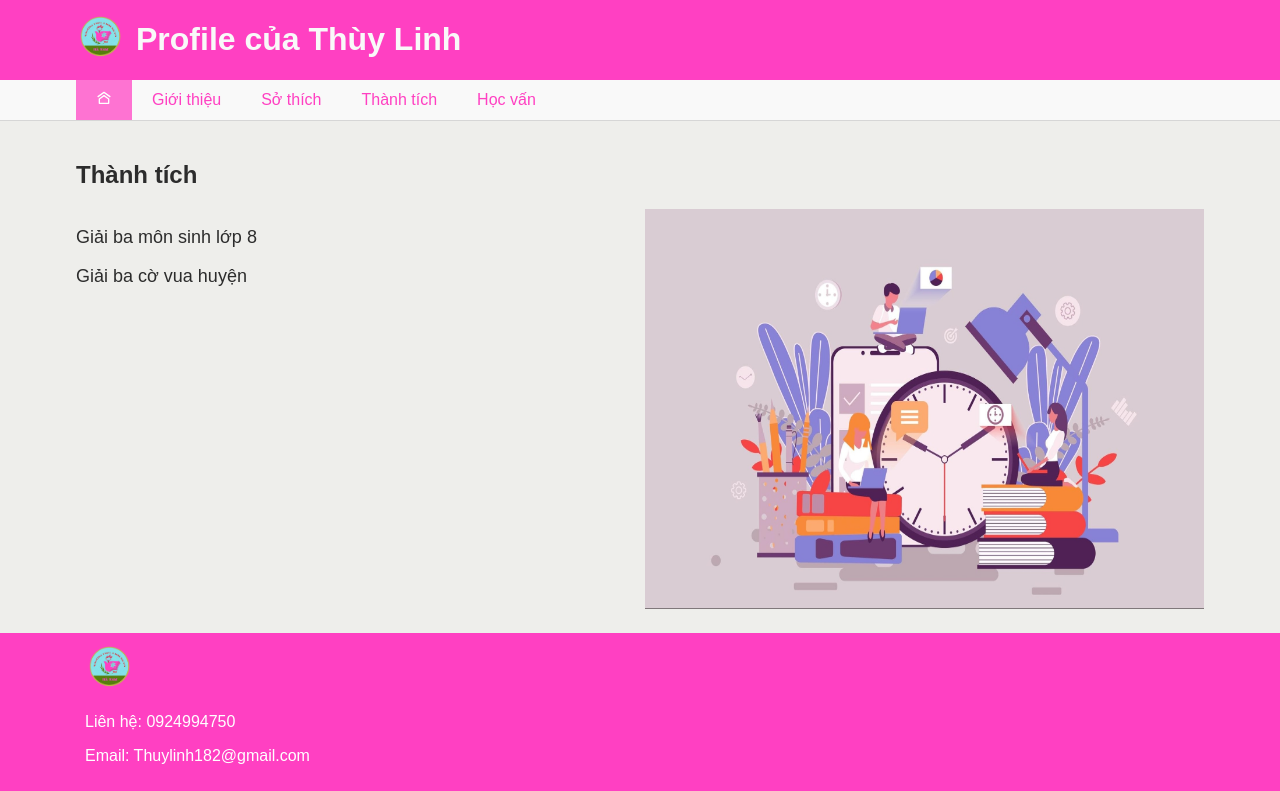
Repository: DucLong-PD07979/profile-vu-thuy-linh
Page: thanh-tich.html
These files come from the project's save history. The page is drawn as it stood at one moment and after the next save; the edit follows.
The browser window is 1280 px wide. The pictures show the whole page.

Above is the page before, as saved 2025-03-13 21:39:40.
Not found: script.js

### thanh-tich.html
<!DOCTYPE html>
<html lang="vi">
    <head>
        <meta charset="UTF-8" />
        <meta name="viewport" content="width=device-width, initial-scale=1.0" />
        <title>Profile của Thùy Linh</title>
        <link rel="stylesheet" href="./css/main.css" />
        <script defer src="script.js"></script>
    </head>
    <body>
        <header>
            <div class="container">
                <div class="logo">
                    <img
                        src="./images/anh-doan-3-removebg-preview.png"
                        alt="Logo"
                    />
                </div>
                <h1>Profile của Thùy Linh</h1>
            </div>
        </header>
        <div class="menu-list">
            <div class="container">
                <nav>
                    <ul>
                        <li>
                            <a href="./index.html" class="active">
                                <svg
                                    xmlns="http://www.w3.org/2000/svg"
                                    viewBox="0 0 24 24"
                                    fill="currentColor"
                                >
                                    <path
                                        d="M12.5812 2.68627C12.2335 2.43791 11.7664 2.43791 11.4187 2.68627L1.9187 9.47198L3.08118 11.0994L11.9999 4.7289L20.9187 11.0994L22.0812 9.47198L12.5812 2.68627ZM19.5812 12.6863L12.5812 7.68627C12.2335 7.43791 11.7664 7.43791 11.4187 7.68627L4.4187 12.6863C4.15591 12.874 3.99994 13.177 3.99994 13.5V20C3.99994 20.5523 4.44765 21 4.99994 21H18.9999C19.5522 21 19.9999 20.5523 19.9999 20V13.5C19.9999 13.177 19.844 12.874 19.5812 12.6863ZM5.99994 19V14.0146L11.9999 9.7289L17.9999 14.0146V19H5.99994Z"
                                    ></path>
                                </svg>
                            </a>
                        </li>
                        <li>
                            <a href="./ban-than.html">Giới thiệu</a>
                            <ul class="menu-children">
                                <li><a href="./ban-than.html">Bản thân</a></li>
                                <li><a href="./gia-dinh.html">Gia đình</a></li>
                            </ul>
                        </li>
                        <li><a href="./so-thich.html">Sở thích</a></li>
                        <li><a href="./thanh-tich.html">Thành tích</a></li>
                        <li><a href="./hoc-van.html">Học vấn</a></li>
                    </ul>
                </nav>
            </div>
        </div>

        <section id="achievements">
            <div class="container">
                <h2>Thành tích</h2>
                <div class="achievements-section-content">
                    <div class="box">
                        <p>Giải ba môn sinh lớp 8</p>
                        <p>Giải ba cờ vua huyện</p>
                    </div>
                    <div class="box">
                        <img src="./images/thanh-tich-tot.jpg" alt="" />
                    </div>
                </div>
            </div>
        </section>

        <footer>
            <div class="container">
                <div class="logo">
                    <img
                        src="./images/anh-doan-3-removebg-preview.png"
                        alt="Logo"
                    />
                </div>
                <p>Liên hệ: 0924994750</p>
                <p>Email: Thuylinh182@gmail.com</p>
            </div>
        </footer>
    </body>
</html>
<!-- https://profile-vu-thuy-linh.vercel.app/ -->

### css/main.css
* {
    box-sizing: border-box;
}

body {
    font-family: Arial, sans-serif;
    margin: 0;
    padding: 0;
    background-color: #f9f9f9;
    color: #2c2c2c;
}

.container {
    margin: 0 5%;
    padding: 0 12px;
}

header {
    background-color: #ff40c2;
    color: #f9f9f9;
}

header .container {
    display: flex;
    align-items: center;
}

.logo img {
    width: 50px;
    height: 50px;
    margin-right: 10px;
}

.menu-list {
    color: #ff40c2;
    border-bottom: 1px solid #d6d6d6;
}

nav ul {
    list-style: none;
    padding: 0;
    display: flex;
    align-items: center;
    margin: 0;
}

nav ul li {
    display: inline;
    position: relative;
}

nav ul li a {
    color: #ff40c2;
    text-decoration: none;
    padding: 10px 20px;
    display: block;
    font-size: 16px;
    transition: all 0.1s linear;
}

nav ul li a.active {
    background-color: #fe73d2;
}

nav ul li a svg {
    width: 16px;
    height: 16px;
    color: #ffffff;
}

nav ul li a:hover {
    color: white;
    background-color: #fe73d2;
}

.menu-children {
    position: absolute;
    z-index: 9;
    top: 100%;
    display: none;
    background-color: #f9f9f9;
}

nav ul li:hover .menu-children {
    display: block;
}

.participation-section {
    display: grid;
    gap: 10px;
    grid-template-columns: 1fr 1fr 1fr 1fr 1fr;
}

.item-1 {
    grid-column: 1 / 5;
    display: grid;
    grid-template-columns: 1fr 1fr;
    gap: 10px;
    width: 100%;
}

.item-2 {
    grid-column: 5 / 6;
}

.participation-section .item-1 img {
    width: 100%;
    height: 300px;
}

.participation-section .item-2 img {
    width: 100%;
    height: 240px;
    margin-bottom: 10px;
}

.participation-content {
    width: 100%;
}

.participation-content a {
    color: #404042;
    display: block;
    padding: 6px 0;
}

.participation-content a:hover {
    color: #fe73d2;
    text-decoration: underline;
}

/* giới thiệu bản thân */
#introduce-section {
    background-color: #fbdce2;
    width: 100%;
    padding: 20px 0;
}

.introduce-section-content {
    display: grid;
    grid-template-columns: 1fr 1fr;
    gap: 10px;
    align-items: center;
}

.introduce-section-content .box .gallery {
    width: 100%;
}

.introduce-section-content .box .gallery img {
    width: 100%;
    height: 400px;
    object-fit: fill;
}

.introduce-section-content .item-3 {
    grid-column: 1 /3;
    display: grid;
    gap: 20px;
    grid-template-columns: 1fr 1fr 1fr;
}

.introduce-section-content img {
    width: 100%;
    height: 600px;
    margin: 50px 0;
}

.introduce-section-content .box p {
    font-size: 18px;
}
/* gia dinh */

#family-section {
    background-color: #e8d5f3;
    width: 100%;
    padding: 20px 0;
}

.family-section-content {
    display: grid;
    grid-template-columns: 1fr 1fr 1fr 1fr;
    gap: 10px;
}

.family-section-content .box img {
    width: 100%;
    height: 340px;
    object-fit: fill;
}

.family-section-content .box p {
    font-size: 18px;
}

/* thanh tich */

#achievements {
    background-color: #eeeeeb;
    width: 100%;
    padding: 20px 0;
}

.achievements-section-content {
    display: grid;
    grid-template-columns: 1fr 1fr;
    gap: 10px;
}

.achievements-section-content .box img {
    width: 100%;
    height: 400px;
}

.achievements-section-content .box p {
    font-size: 18px;
}

/* học vấn */
#education {
    background-color: #dceeff;
    width: 100%;
    padding: 20px 0;
    min-height: 500px;
}

/* sở thích */
.hobbies-section-content .images {
    display: flex;
    gap: 10px;
    display: grid;
    grid-template-columns: 1fr 1fr 1fr;
}

.hobbies-section-content .images {
    width: 100%;
    margin-top: 120px;
    margin-bottom: 120px;
}

.hobbies-section-content .images img {
    width: 100%;
    height: 100%;
}

footer {
    background-color: #ff40c2;
    color: white;
    padding: 10px;
}

After the next save:
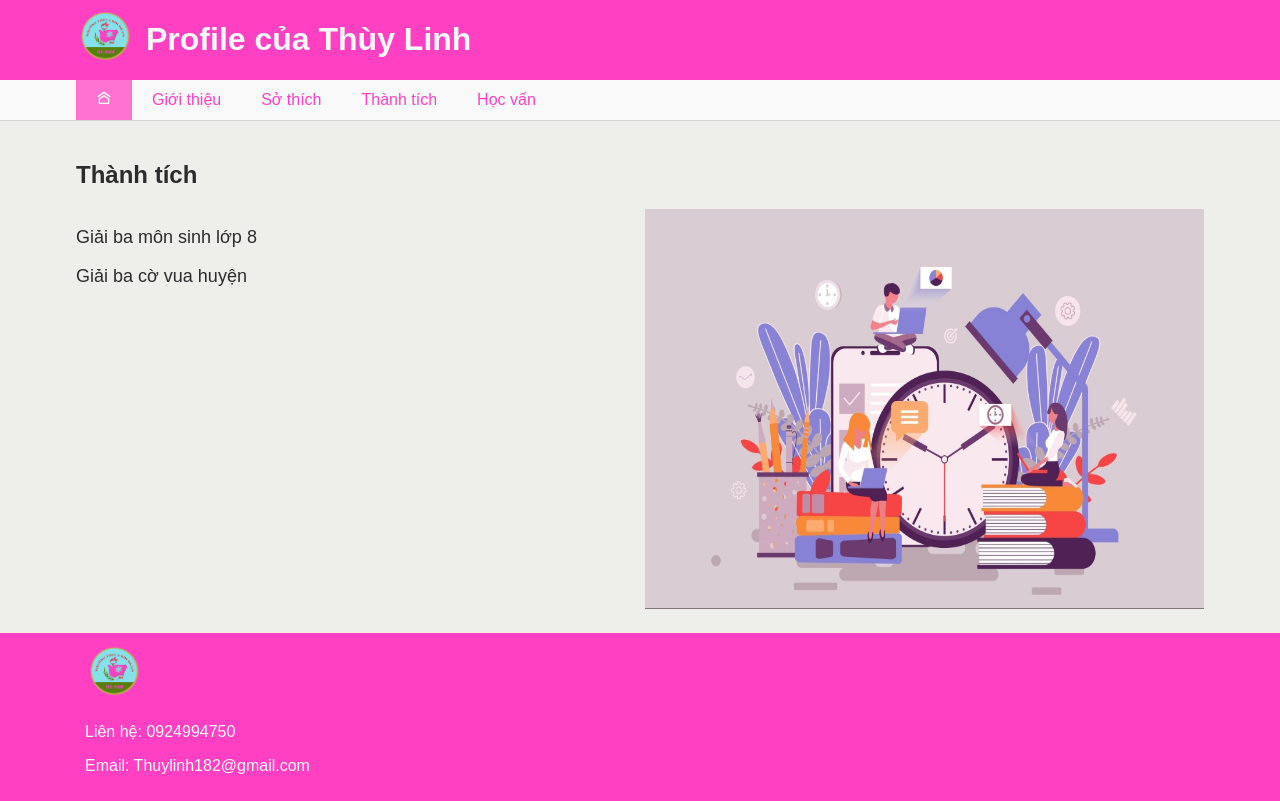
Saved 31 s later.
--- a/css/main.css
+++ b/css/main.css
@@ -26,8 +26,8 @@ header .container {
 }
 
 .logo img {
-    width: 50px;
-    height: 50px;
+    width: 60px;
+    height: 60px;
     margin-right: 10px;
 }
 
